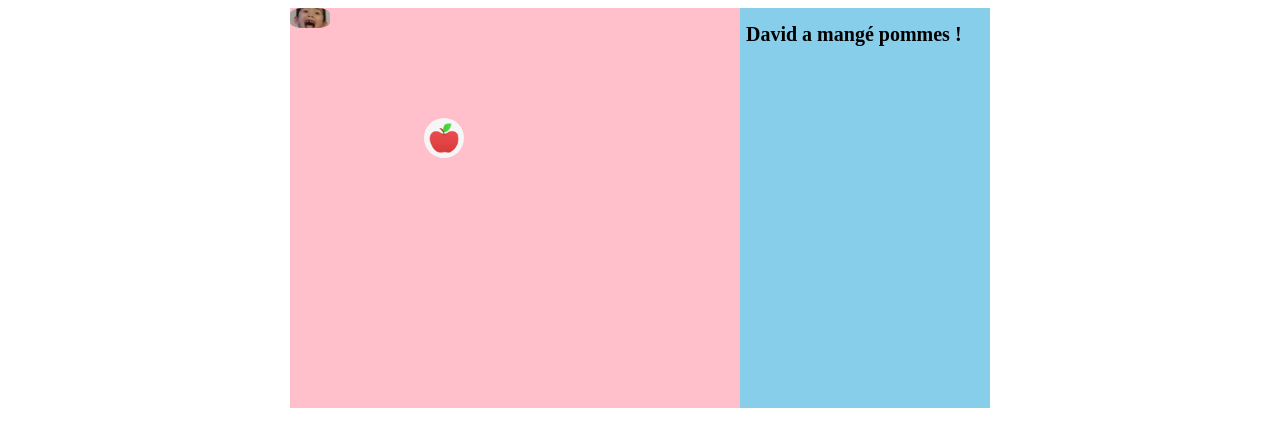
Repository: clairedupuich/kong_jian
Page: snake_game/snake.html
An editor plug-in stored every save of this project. The page is shown before and after the next save, followed by the edit.
The browser window is 1280 px wide. The pictures show the whole page.

Above is the page before, as saved 2020-12-19 15:46:01.

### snake_game/snake.html
<!DOCTYPE html>
<html lang="en">
<head>
    <meta charset="UTF-8">
    <meta name="viewport" content="width=device-width, initial-scale=1.0">
    <title>snake</title>
    <link rel='stylesheet' href='snake.css' />
</head>
<body>

    <div class="face">
        <!-- 小蛇移动的操场 -->
        <div id="playground">
            <!-- 食物 界面中的蓝色小方块-->
            <div id="food"></div>
            <!-- 小蛇 界面中的红色小方块-->
            <div id="snack"></div>
        </div>
        <!-- 计算得分 -->
        <div class="menu">
            <div>David a mangé <span id="score"></span>pommes !</div>
        </div>
    </div>



    <script type='text/javascript' src='snake.js'></script>
</body>
</html>

### snake_game/snake.css
.face{
    height: 400px;
    width: 700px;
    margin-left: auto;
    margin-right: auto;
    position: relative;
    background-color: pink;
}
#playground{
    height: 400px;
    width: 450px;
    float: left;
    position: relative;
}
.menu{
    padding: 6px;
    height: 388px;
    width: 238px;
    float: left;
    background-color: skyblue;
}
#snack{
    height: 20px;
    width: 40px;
   /*  background-color: red; */
    background-image: url(img/david.png);
    background-position: center;
    background-size: cover;
    border-radius: 30%;
    position: absolute;
    left: 0px;
    top:0px;
}
#food{
    height: 40px;
    width: 40px;
   /*  background: blue; */
   background-image: url(img/téléchargement.jpeg);
   border-radius: 50%;
    background-position: center;
    background-size: cover;
    position: absolute;
}
.body{
    height: 20px;
    width: 20px;
    background: green;
    border-radius: .3em;
    position: absolute;
    left: 0px;
    top:0px;
}
#score{
    font-size: 30px;
    font-weight: bold;
    color: red;
}
.menu div{
    font-size: 20px;
    font-weight: bold;
}

作者：IT程序狮
链接：https://juejin.cn/post/6844903459297181703
来源：掘金
著作权归作者所有。商业转载请联系作者获得授权，非商业转载请注明出处。

### snake_game/snake.js
//获取元素节点
var jsDiv = document.getElementById("playground");
var jsSnack = document.getElementById("snack");
var jsStart = document.getElementById("start");
var jsFood = document.getElementById("food");
var jsBody = document.getElementById("playground");
var jsScore = document.getElementById("score");
//设置全局变量
var timer;//创建定时器为全局变量
var timer1 = setInterval(eat,10);//检测位置碰撞，并且吃掉食物；
var srr = [];//记录蛇行动的位置
var num = 0 ;//记录数组的长度
var jsSnackBody ;//么米吃掉一个食物，蛇的身体

    //开始游戏
    document.onkeydown = function(e){
        var evt = e || window.event;
            switch(evt.keyCode) {
            //向左移动
            case 37:
                clearInterval(timer);
                timer=window.setInterval(runLeft,10)
                function runLeft(){
                    if (jsSnack.offsetLeft > 0) {
                        jsSnack.style.left = jsSnack.offsetLeft - 1+ "px";
                        jsSnack.style.top = jsSnack.offsetTop + "px";
                        //记录小蛇的位置
                        srr.push([jsSnack.offsetLeft, jsSnack.offsetTop]);
                        num++;//记录数组的长度
                    }
                }
            break;
            //向上移动
            case 38:
                clearInterval(timer);
                timer=window.setInterval(runTop,10);
                function runTop(){
                    if (jsSnack.offsetTop > 0) {
                        jsSnack.style.top = jsSnack.offsetTop - 1 + "px";
                        jsSnack.style.left = jsSnack.offsetLeft + "px";
                        //记录小蛇的位置
                        srr.push([jsSnack.offsetLeft, jsSnack.offsetTop]);
                        num++;//记录数组的长度
                    }
                }

            break;
            //向右移动
            case 39:
                clearInterval(timer);
                timer=window.setInterval(runRight,10);
                function runRight(){
                    if (jsSnack.offsetLeft + jsSnack.offsetWidth <= 450) {
                        jsSnack.style.left = jsSnack.offsetLeft + 1 + "px";
                        jsSnack.style.top = jsSnack.offsetTop + "px";
                        //记录小蛇的位置
                        srr.push([jsSnack.offsetLeft, jsSnack.offsetTop]);
                        num++;//记录数组的长度
                    }
                }
            break;
            //向下移动
            case 40:
                clearInterval(timer);
                timer=window.setInterval(runBottom,10);
                function runBottom(){
                    if (jsSnack.offsetTop + jsSnack.offsetHeight <= 400) {
                        jsSnack.style.top = jsSnack.offsetTop + 1 + "px";
                        jsSnack.style.left = jsSnack.offsetLeft + "px";
                        //记录小蛇的位置
                        srr.push([jsSnack.offsetLeft, jsSnack.offsetTop]);
                        num++;//记录数组的长度
                    }
                }
            break;
        }
    }

        //食物随机出现
        function Pos(){
            jsFood.style.left=parseInt(Math.random() * (430 - 20 + 1) + 20) + "px";
            jsFood.style.top=parseInt(Math.random() * (380 - 20 + 1) + 20) + "px";
        }
        Pos();

        function eat(){
            rectangleCrashExamine(jsSnack,jsFood);
            function rectangleCrashExamine(obj1, obj2) {
                var obj1Left = obj1.offsetLeft;
                var obj1Width = obj1.offsetLeft + obj1.offsetWidth;
                var obj1Top = obj1.offsetTop;
                var obj1Height = obj1.offsetTop + obj1.offsetHeight;
                var obj2Left = obj2.offsetLeft;
                var obj2Width = obj2.offsetLeft + obj2.offsetWidth;
                var obj2Top = obj2.offsetTop;
                var obj2Height = obj2.offsetTop + obj2.offsetHeight;
                //检测碰撞
                //碰撞检测原理：
                    //蛇在实物的左边、右边、上边、下边的时候，说明没有发生碰撞，那么我们取反，就说明发生碰撞
                if ( !(obj1Left > obj2Width || obj1Width < obj2Left || obj1Top > obj2Height || obj1Height < obj2Top) ) {
                    //碰撞后身体
                    jsSnackBody = document.createElement("div");
                    jsSnackBody.setAttribute("class","body");
                    jsBody.appendChild(jsSnackBody);
                    Pos();//怪物的位置随机变换
                    setInterval(follow,10);//身体跟随的定时器
                }
            }
        }


        function follow(){
            //检查一共添加了多少身体
            var bodyNum = document.getElementsByClassName("body");
            //记录得分
            jsScore.innerHTML = bodyNum.length;
            //蛇每次移动1个像素，那么新的身体应该跟随在当前数组的倒数第20个数组的位置;依次加等;
            var place = 0 ;
            for( var i = 0 ; i<bodyNum.length ; i++){
                place += 20;
                bodyNum[i].style.left=srr[num-place][0] + 'px';
                bodyNum[i].style.top=srr[num-place][1] + 'px';
            }
        }

After the next save:
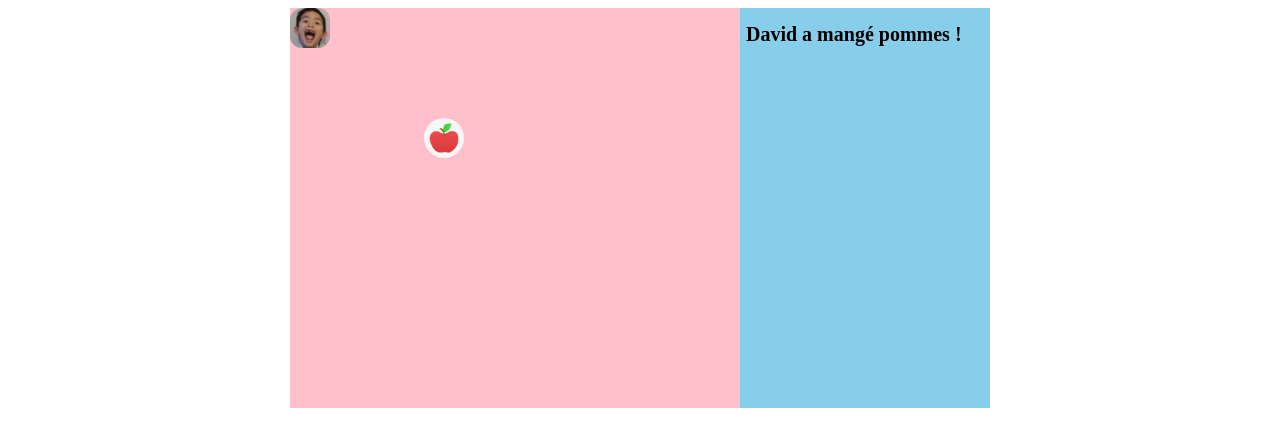
Saved 5 s later.
--- a/snake_game/snake.css
+++ b/snake_game/snake.css
@@ -20,7 +20,7 @@
     background-color: skyblue;
 }
 #snack{
-    height: 20px;
+    height: 40px;
     width: 40px;
    /*  background-color: red; */
     background-image: url(img/david.png);
